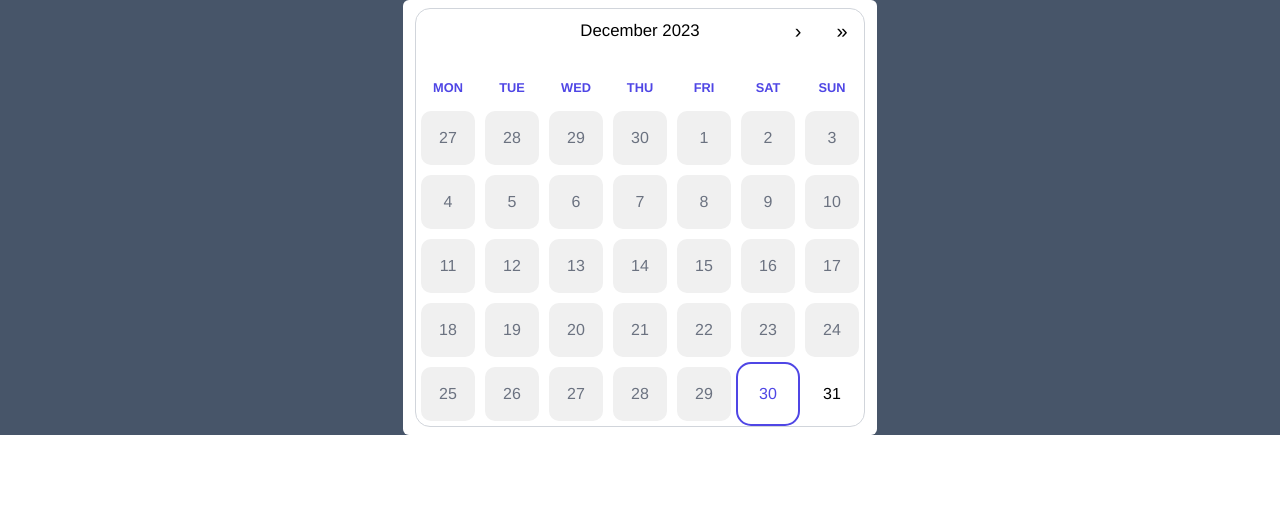
Repository: ImedBousakhria/appointment_system_prototype
Page: /, after clicking the first element matching `h2`
The author's editor kept a copy of each file at every save. The page is drawn from the files as they stood at one save, then again after the next save.
The browser window is 1280 px wide. The pictures show the whole page.
The project was rebuilt for these pictures with package versions that can differ from the ones it lists, and the page was loaded fresh each time. Also part of the build but not shown: vite.config.js.

Above is the page before, as saved 2024-01-03 23:50:38.

### src/main.jsx
import React from 'react'
import ReactDOM from 'react-dom/client'
import './index.css'
import Calendar from './Calendar'
import "./Calendar.css"

ReactDOM.createRoot(document.getElementById('root')).render(
  <React.StrictMode>
    <Calendar />
  </React.StrictMode>,
)

### src/index.css
/* styles.css */

@import 'tailwindcss/base';
@import 'tailwindcss/components';
@import 'tailwindcss/utilities';

/* Your custom styles go here */

### src/Calendar.jsx
import React, { useState, useEffect } from "react";
import { motion } from "framer-motion";
import ReactCalendar from "react-calendar";
import { FixedSizeList } from "react-window";
import { add, format } from "date-fns";
import {
  OPENING_TIME_MORNING,
  CLOSING_TIME_MORNING,
  OPENING_TIME_AFTERNOON,
  CLOSING_TIME_AFTERNOON,
  INTERVAL,
} from "./consts/config";

const TimeRow = ({ index, style, data, activeTime, onClick }) => {
  const isActive = activeTime
    ? activeTime.getTime() === data[index].getTime()
    : false;

  return (
    <div
      style={{ ...style }}
      className={`py-2 px-3 cursor-pointer font-semibold hover:bg-gray-200 rounded-md my-3 ${
        isActive ? " bg-blue-200 hover:bg-blue-200" : ""
      }`}
      onClick={() => onClick(data[index])}
    >
      {format(data[index], "kk:mm")}
    </div>
  );
};

const TimeSelection = ({ allTimes, activeTime, onClick, onBack }) => (
  <motion.div
    initial={{ opacity: 0, x: -20 }}
    animate={{
      opacity: 1,
      x: 0,
      transition: { type: "spring", stiffness: 300 },
    }}
    className="bg-white flex flex-col justify-around px-3 py-2 rounded-md"
  >
    <div className="mb-3 border-b pb-2 flex justify-between items-center px-1">
      <h4 className="">Selected time slot:</h4>
      <span
        onClick={onBack}
        className="border p-1.5 cursor-pointer hover:bg-gray-300"
      >
        Back
      </span>
    </div>
    <FixedSizeList
      height={360}
      width={200}
      itemSize={50}
      itemCount={allTimes.length}
      itemData={{
        times: allTimes,
        activeTime,
        onClick,
      }}
    >
      {({ index, style }) => (
        <TimeRow
          index={index}
          style={style}
          data={allTimes}
          activeTime={activeTime}
          onClick={onClick}
        />
      )}
    </FixedSizeList>
  </motion.div>
);

const DateSelection = ({ onSelectDate, onSelectTime }) => (
  <motion.div
    initial={{ opacity: 0, x: -20 }}
    animate={{
      opacity: 1,
      x: 0,
      transition: { type: "spring", stiffness: 300 },
    }}
    className="bg-white flex flex-col justify-around pl-3 py-2 pr-3 rounded-md"
  >
    <ReactCalendar
      minDate={new Date()}
      className="REACT-CALENDAR"
      view="month"
      onClickDay={onSelectDate}
    />
  </motion.div>
);

export const Calendar = () => {
  const [date, setDate] = useState({
    justDate: undefined,
    dateTime: undefined,
  });

  const [activeTime, setActiveTime] = useState(null);
  const [showCalendar, setShowCalendar] = useState(false);

  const getTimes = (openingTime, closingTime) => {
    if (!date.justDate) return [];
    const { justDate } = date;
    const beginning = add(justDate, { hours: openingTime });
    const end = add(justDate, { hours: closingTime });
    const interval = INTERVAL;

    const times = [];
    for (let i = beginning; i <= end; i = add(i, { minutes: interval })) {
      times.push(new Date(i));
    }
    return times;
  };

  const handleDateClick = (selectedDate) => {
    setDate((prev) => ({ ...prev, justDate: selectedDate }));
    setActiveTime(null); // Reset active time when a new date is selected
  };

  const handleTimeRowClick = (selectedTime) => {
    setActiveTime(selectedTime);
    // Do something with the selected time, e.g., update state
    console.log(activeTime);
  };

  const handleTimeSelectionBackClick = () => {
    // Reset date, active time, and hide the calendar when going back from time selection
    setDate((prevDate) => ({ ...prevDate, justDate: undefined }));
    setActiveTime(null);
    /* setShowCalendar(false); */
  };

  const [allTimes, setAllTimes] = useState([]);

  useEffect(() => {
    /* getTimes(OPENING_TIME_MORNING, CLOSING_TIME_MORNING).concat(
      getTimes(OPENING_TIME_AFTERNOON, CLOSING_TIME_AFTERNOON)
    ); */
    // Update allTimes when date.justDate changes
    const morningTimes = getTimes(OPENING_TIME_MORNING, CLOSING_TIME_MORNING);
    const afternoonTimes = getTimes(
      OPENING_TIME_AFTERNOON,
      CLOSING_TIME_AFTERNOON
    );
    setAllTimes([...morningTimes, ...afternoonTimes]);
  }, [date.justDate]);

  return (
    <div className=" bg-slate-600 flex w-screen gap-6 justify-center">
      <div className="">
        {!showCalendar && (
          <h2 onClick={() => setShowCalendar(true)}>Select a Date</h2>
        )}

        {showCalendar && <DateSelection onSelectDate={handleDateClick} />}
      </div>
      {date.justDate && (
        <div className="">
          <TimeSelection
            allTimes={allTimes}
            activeTime={activeTime}
            onClick={handleTimeRowClick}
            onBack={handleTimeSelectionBackClick}
          />
        </div>
      )}
    </div>
  );
};

export default Calendar;

/* import React, { useState } from "react";
import { motion, useAnimation } from "framer-motion";
import { InlineWidget } from "react-calendly";
import ReactCalendar from "react-calendar";
import { FixedSizeList } from "react-window";
import { add, format } from "date-fns";
import {
  OPENING_TIME_MORNING,
  CLOSING_TIME_MORNING,
  OPENING_TIME_AFTERNOON,
  CLOSING_TIME_AFTERNOON,
  INTERVAL,
} from "./consts/config";

export const Calendar = () => {
  const [date, setDate] = useState({
    justDate: undefined,
    dateTime: undefined,
  });

  const [activeTime, setActiveTime] = useState(null);

  const getTimes = (openingTime, closingTime) => {
    if (!date.justDate) return [];
    const { justDate } = date;
    const beginning = add(justDate, { hours: openingTime });
    const end = add(justDate, { hours: closingTime });
    const interval = INTERVAL;

    const times = [];
    for (let i = beginning; i <= end; i = add(i, { minutes: interval })) {
      times.push(new Date(i));
    }
    return times;
  };

  const morningTimes = getTimes(OPENING_TIME_MORNING, CLOSING_TIME_MORNING);
  const afternoonTimes = getTimes(
    OPENING_TIME_AFTERNOON,
    CLOSING_TIME_AFTERNOON
  );
  const handleDateClick = (selectedDate) => {
    setDate((prev) => ({ ...prev, justDate: selectedDate }));
    setActiveTime(null); // Reset active time when a new date is selected
  };

  const handleTimeRowClick = (selectedTime) => {
    setActiveTime(selectedTime);
    // Do something with the selected time, e.g., update state
    console.log(activeTime);
  };

  // Concatenate morningTimes and afternoonTimes into a single array
  const allTimes = [...morningTimes, ...afternoonTimes];
  return (
    <div className=" bg-slate-600 flex w-screen gap-6 justify-center">
      <ReactCalendar
        minDate={new Date()}
        className="REACT-CALENDAR"
        view="month"
        onClickDay={handleDateClick}
      />
      {date.justDate ? (
        <motion.div
          initial={{ opacity: 0, x: -20 }}
          animate={{
            opacity: 1,
            x: 0,
            transition: { type: "spring", stiffness: 300 },
          }}
          className=" bg-white flex flex-col justify-around pl-3 py-2 pr-3 rounded-md"
        >
          <div className="mb-3 border-b pb-2 flex justify-between items-center px-1">
            <h4 className="">Selected time slot:</h4>
            <span
              onClick={() => {
                setActiveTime(null);
                setDate((prevDate) => ({ dateTime: null, justDate: undefined }));
              }} // Clear selected time
              className="border p-1.5 cursor-pointer hover:bg-gray-300"
            >
              X
            </span>
          </div>
          <FixedSizeList
            height={350} // Adjust the height as needed
            width={200} // Adjust the width as needed
            itemSize={50} // Adjust the item size as needed
            itemCount={allTimes.length}
            itemData={{
              times: allTimes,
              activeTime,
              onClick: handleTimeRowClick,
            }}
          >
            {({ index, style }) => (
              <TimeRow
                index={index}
                style={style}
                data={allTimes}
                activeTime={activeTime}
                onClick={handleTimeRowClick}
              />
            )}
          </FixedSizeList>
        </motion.div>
      ) : null}
    </div>
  );
};

export default Calendar;

const TimeRow = ({ index, style, data, activeTime, onClick }) => {
  const isActive = activeTime
    ? activeTime.getTime() === data[index].getTime()
    : false;

  return (
    <div
      style={{ ...style }}
      className={`py-2 px-3 cursor-pointer font-semibold hover:bg-gray-200 rounded-md my-3 ${
        isActive ? " bg-blue-200 hover:bg-blue-200" : ""
      }`}
      onClick={() => onClick(data[index])}
    >
      {format(data[index], "kk:mm")}
    </div>
  );
};
 */

### src/Calendar.css
.react-calendar {
  width: 450px;
  max-width: 100%;
  background: white;
  border-radius: 15px;
  border: 1px solid rgb(209 213 219);
  font-family: Manrope, Helvetica, sans-serif;
  line-height: 1.125em;
}
.react-calendar--doubleView {
  width: 700px;
}
.react-calendar--doubleView .react-calendar__viewContainer {
  display: flex;
  margin: -0.5em;
}
.react-calendar--doubleView .react-calendar__viewContainer > * {
  width: 50%;
  margin: 0.5em;
}
.react-calendar,
.react-calendar *,
.react-calendar *:before,
.react-calendar *:after {
  -moz-box-sizing: border-box;
  -webkit-box-sizing: border-box;
  box-sizing: border-box;
}

/* Custom Navigation Styles */
@media screen and (max-width: 500px) {
  .react-calendar__navigation__prev2-button,
  .react-calendar__navigation__prev-button {
    display: none;
  }
  .react-calendar__navigation__label {
    padding-left: 1rem;
    text-align: left;
  }
}

.react-calendar button {
  margin: 0;
  border: 0;
  outline: none;
}
.react-calendar button:enabled:hover {
  cursor: pointer;
}
.react-calendar__navigation {
  display: flex;
  height: 44px;
  margin-bottom: 1em;
}
.react-calendar__navigation button {
  min-width: 44px;
  background: none;
}
.react-calendar__navigation button:disabled {
  visibility: hidden;
  background-color: #f0f0f0;
}
.react-calendar__navigation button:enabled:hover,
.react-calendar__navigation button:enabled:focus {
  background-color: #e6e6e6;
}
.react-calendar__month-view__weekdays {
  color: #4f46e5;
  text-align: center;
  text-transform: uppercase;
  font-weight: 700;
  font-size: 0.8em;
}
/* Each day should be round when hovered */
.react-calendar__month-view__days__day {
  padding: 5px;
  background-clip: content-box !important;
  border-radius: 15px !important;
}

.react-calendar__navigation__label__labelText {
  font-weight: 500;
  font-size: 1.05em;
}
.react-calendar__navigation__label {
  pointer-events: none;
}

.react-calendar__navigation__arrow {
  background-color: #fff;
  padding: 7px;
  background-clip: content-box !important;
  border-radius: 50px;
  font-size: 1.25em;
}
.react-calendar__navigation__arrow:hover {
  background-color: rgb(107 114 128);
}

/* If you do not wish to show weekends */

/*
  .react-calendar__month-view__days > .react-calendar__tile,
  .react-calendar__month-view__weekdays__weekday {
    flex-basis: 20% !important;
    max-width: 20% !important;
  }

  .react-calendar__month-view__weekdays__weekday:nth-child(6),
  .react-calendar__month-view__weekdays__weekday:nth-child(7) {
    display: none !important;
  }

  .react-calendar__month-view__days__day--weekend {
    display: none !important;
  }
  */

.react-calendar__month-view__weekdays__weekday {
  padding: 0.75em;
}
.react-calendar__month-view__weekdays__weekday abbr {
  text-decoration: none;
}
.react-calendar__month-view__weekNumbers .react-calendar__tile {
  display: flex;
  align-items: center;
  justify-content: center;
  font-size: 0.75em;
  font-weight: bold;
}
.react-calendar__month-view__days__day--neighboringMonth {
  color: #b3b3b3;
}
.react-calendar__year-view .react-calendar__tile,
.react-calendar__decade-view .react-calendar__tile,
.react-calendar__century-view .react-calendar__tile {
  padding: 2em 0.5em;
}
.react-calendar__tile {
  aspect-ratio: 1/1;
  max-width: 100%;
  background: none;
  text-align: center;
}
.react-calendar__tile:disabled {
  background-color: #f0f0f0;
  color: rgb(107 114 128);
}
.react-calendar__tile:enabled:hover,
.react-calendar__tile:enabled:focus {
  background-color: rgb(238 242 255);
}
.react-calendar__tile--now {
  border-radius: 15px;
  border: 2px solid #4f46e5 !important;
  color: #4f46e5;
}
.react-calendar__tile--now:enabled:hover,
.react-calendar__tile--now:enabled:focus {
  background-color: rgb(238 242 255);
}
.react-calendar__tile--hasActive {
  background: #76baff;
}
.react-calendar__tile--hasActive:enabled:hover,
.react-calendar__tile--hasActive:enabled:focus {
  background: #a9d4ff;
}
.react-calendar__tile--active:enabled:hover,
.react-calendar__tile--active:enabled:focus {
  background: #4f46e5;
  color: white;
}
.react-calendar--selectRange .react-calendar__tile--hover {
  background-color: rgb(238 242 255);
}
.react-calendar__tile--active {
  background: #4f46e5;
  color: white;
}

.react-calendar__tile--active:hover,
.react-calendar__tile--active:focus,
.react-calendar__tile--now:hover,
.react-calendar__tile--now:focus {
  background: #1087ff;
}

### src/consts/config.js
export const OPENING_TIME_MORNING = 9 // in hours
export const CLOSING_TIME_MORNING = 12 // in hours
export const OPENING_TIME_AFTERNOON = 13 // in hours
export const CLOSING_TIME_AFTERNOON = 16 // in hours
export const INTERVAL = 30 // every 30 minutes

### tailwind.config.js
/** @type {import('tailwindcss').Config} */
module.exports = {
  content: ["./src/**/*.{js,jsx,ts,tsx}"],
  theme: {
    extend: {
      colors: {

      },
    },
  },
  plugins: [],
};

Loaded but not shown: index.html (common file)

After the next save:
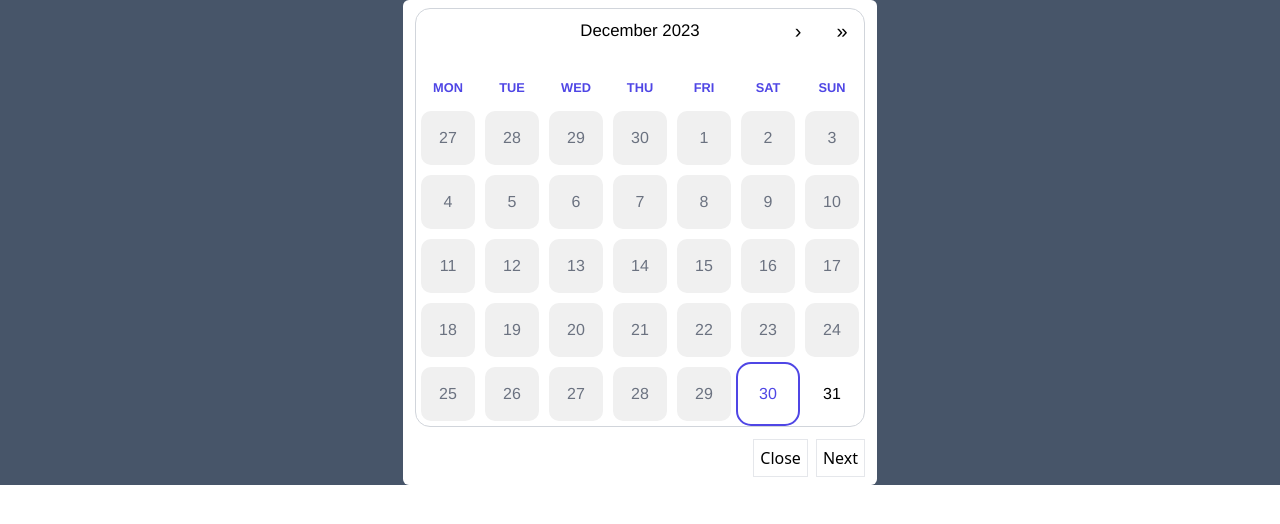
Saved 2 min 55 s later.
--- a/src/Calendar.jsx
+++ b/src/Calendar.jsx
@@ -72,7 +72,7 @@
   </motion.div>
 );
 
-const DateSelection = ({ onSelectDate, onSelectTime }) => (
+const DateSelection = ({ onSelectDate, onNext, onCloseCalendar }) => (
   <motion.div
     initial={{ opacity: 0, x: -20 }}
     animate={{
@@ -88,6 +88,20 @@
       view="month"
       onClickDay={onSelectDate}
     />
+    <div className="mt-3 flex justify-end">
+      <span
+        onClick={onCloseCalendar}
+        className="border p-1.5 cursor-pointer hover:bg-gray-300 mr-2"
+      >
+        Close
+      </span>
+      <span
+        onClick={onNext}
+        className="border p-1.5 cursor-pointer hover:bg-gray-300"
+      >
+        Next
+      </span>
+    </div>
   </motion.div>
 );
 
@@ -99,6 +113,7 @@
 
   const [activeTime, setActiveTime] = useState(null);
   const [showCalendar, setShowCalendar] = useState(false);
+  const [showTimeSelection, setShowTimeSelection] = useState(false);
 
   const getTimes = (openingTime, closingTime) => {
     if (!date.justDate) return [];
@@ -117,6 +132,7 @@
   const handleDateClick = (selectedDate) => {
     setDate((prev) => ({ ...prev, justDate: selectedDate }));
     setActiveTime(null); // Reset active time when a new date is selected
+    setShowTimeSelection(false);
   };
 
   const handleTimeRowClick = (selectedTime) => {
@@ -126,18 +142,20 @@
   };
 
   const handleTimeSelectionBackClick = () => {
-    // Reset date, active time, and hide the calendar when going back from time selection
-    setDate((prevDate) => ({ ...prevDate, justDate: undefined }));
-    setActiveTime(null);
-    /* setShowCalendar(false); */
+    setShowTimeSelection(false);
+  };
+
+  const handleNextButtonClick = () => {
+    setShowTimeSelection(true);
+  };
+
+  const handleCloseCalendar = () => {
+    setShowCalendar(false);
   };
 
   const [allTimes, setAllTimes] = useState([]);
 
   useEffect(() => {
-    /* getTimes(OPENING_TIME_MORNING, CLOSING_TIME_MORNING).concat(
-      getTimes(OPENING_TIME_AFTERNOON, CLOSING_TIME_AFTERNOON)
-    ); */
     // Update allTimes when date.justDate changes
     const morningTimes = getTimes(OPENING_TIME_MORNING, CLOSING_TIME_MORNING);
     const afternoonTimes = getTimes(
@@ -148,15 +166,21 @@
   }, [date.justDate]);
 
   return (
-    <div className=" bg-slate-600 flex w-screen gap-6 justify-center">
+    <div className="bg-slate-600 flex w-screen gap-6 justify-center">
       <div className="">
-        {!showCalendar && (
+        {!showCalendar && !showTimeSelection && (
           <h2 onClick={() => setShowCalendar(true)}>Select a Date</h2>
         )}
 
-        {showCalendar && <DateSelection onSelectDate={handleDateClick} />}
+        {showCalendar && !showTimeSelection && (
+          <DateSelection
+            onSelectDate={handleDateClick}
+            onNext={handleNextButtonClick}
+            onCloseCalendar={handleCloseCalendar}
+          />
+        )}
       </div>
-      {date.justDate && (
+      {date.justDate && !showTimeSelection && (
         <div className="">
           <TimeSelection
             allTimes={allTimes}
@@ -171,6 +195,7 @@
 };
 
 export default Calendar;
+
 
 /* import React, { useState } from "react";
 import { motion, useAnimation } from "framer-motion";

After the save that followed:
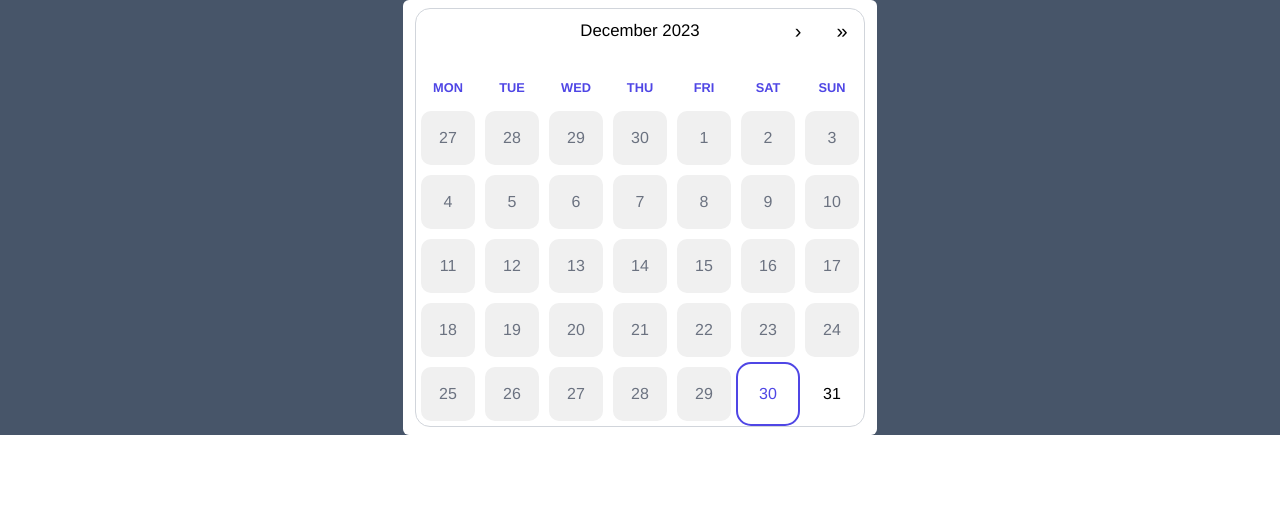
Saved 16 s later.
--- a/src/Calendar.jsx
+++ b/src/Calendar.jsx
@@ -72,7 +72,7 @@
   </motion.div>
 );
 
-const DateSelection = ({ onSelectDate, onNext, onCloseCalendar }) => (
+const DateSelection = ({ onSelectDate, onSelectTime }) => (
   <motion.div
     initial={{ opacity: 0, x: -20 }}
     animate={{
@@ -88,20 +88,6 @@
       view="month"
       onClickDay={onSelectDate}
     />
-    <div className="mt-3 flex justify-end">
-      <span
-        onClick={onCloseCalendar}
-        className="border p-1.5 cursor-pointer hover:bg-gray-300 mr-2"
-      >
-        Close
-      </span>
-      <span
-        onClick={onNext}
-        className="border p-1.5 cursor-pointer hover:bg-gray-300"
-      >
-        Next
-      </span>
-    </div>
   </motion.div>
 );
 
@@ -113,7 +99,6 @@
 
   const [activeTime, setActiveTime] = useState(null);
   const [showCalendar, setShowCalendar] = useState(false);
-  const [showTimeSelection, setShowTimeSelection] = useState(false);
 
   const getTimes = (openingTime, closingTime) => {
     if (!date.justDate) return [];
@@ -132,7 +117,6 @@
   const handleDateClick = (selectedDate) => {
     setDate((prev) => ({ ...prev, justDate: selectedDate }));
     setActiveTime(null); // Reset active time when a new date is selected
-    setShowTimeSelection(false);
   };
 
   const handleTimeRowClick = (selectedTime) => {
@@ -142,20 +126,18 @@
   };
 
   const handleTimeSelectionBackClick = () => {
-    setShowTimeSelection(false);
-  };
-
-  const handleNextButtonClick = () => {
-    setShowTimeSelection(true);
-  };
-
-  const handleCloseCalendar = () => {
-    setShowCalendar(false);
+    // Reset date, active time, and hide the calendar when going back from time selection
+    setDate((prevDate) => ({ ...prevDate, justDate: undefined }));
+    setActiveTime(null);
+    /* setShowCalendar(false); */
   };
 
   const [allTimes, setAllTimes] = useState([]);
 
   useEffect(() => {
+    /* getTimes(OPENING_TIME_MORNING, CLOSING_TIME_MORNING).concat(
+      getTimes(OPENING_TIME_AFTERNOON, CLOSING_TIME_AFTERNOON)
+    ); */
     // Update allTimes when date.justDate changes
     const morningTimes = getTimes(OPENING_TIME_MORNING, CLOSING_TIME_MORNING);
     const afternoonTimes = getTimes(
@@ -166,21 +148,15 @@
   }, [date.justDate]);
 
   return (
-    <div className="bg-slate-600 flex w-screen gap-6 justify-center">
+    <div className=" bg-slate-600 flex w-screen gap-6 justify-center">
       <div className="">
-        {!showCalendar && !showTimeSelection && (
+        {!showCalendar && (
           <h2 onClick={() => setShowCalendar(true)}>Select a Date</h2>
         )}
 
-        {showCalendar && !showTimeSelection && (
-          <DateSelection
-            onSelectDate={handleDateClick}
-            onNext={handleNextButtonClick}
-            onCloseCalendar={handleCloseCalendar}
-          />
-        )}
+        {showCalendar && <DateSelection onSelectDate={handleDateClick} />}
       </div>
-      {date.justDate && !showTimeSelection && (
+      {date.justDate && (
         <div className="">
           <TimeSelection
             allTimes={allTimes}
@@ -195,7 +171,6 @@
 };
 
 export default Calendar;
-
 
 /* import React, { useState } from "react";
 import { motion, useAnimation } from "framer-motion";
